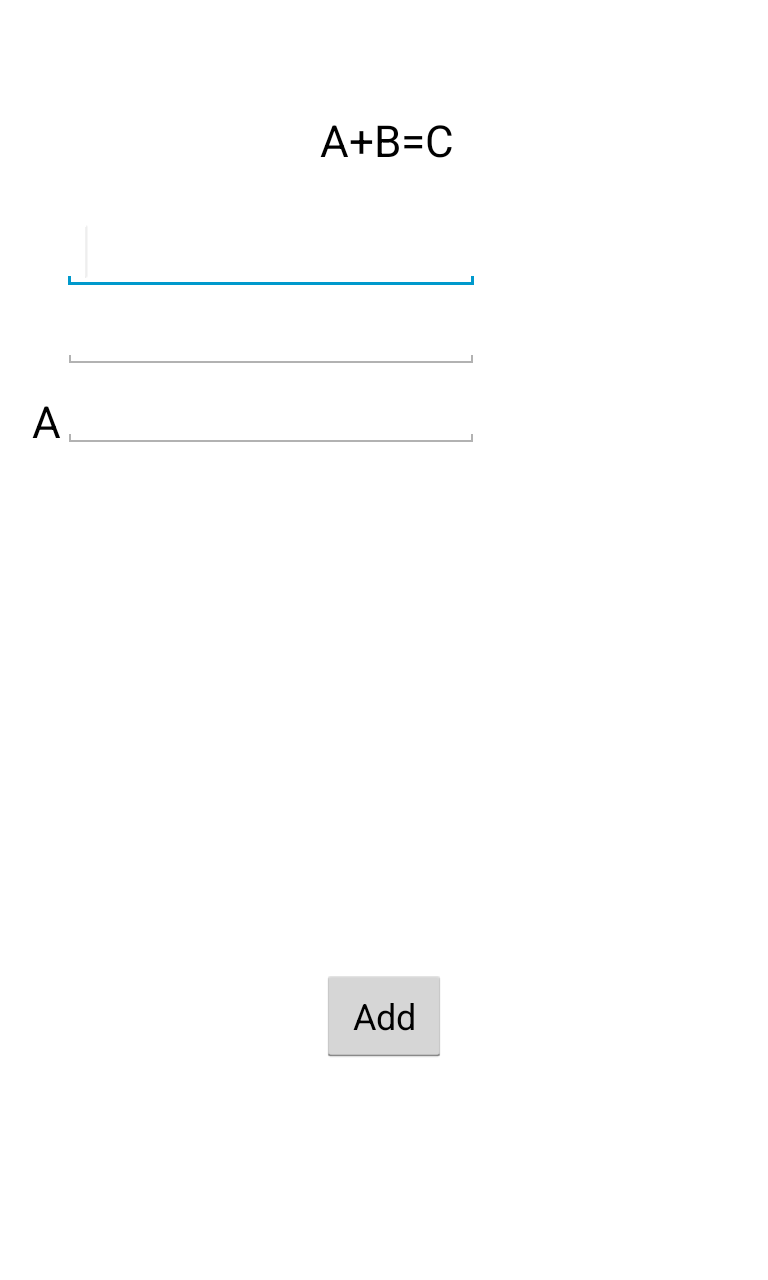
Repository: dtri123/Equation-Station
Layout: TheEquationStation/res/layout/addition_page.xml
The author's editor kept a copy of each file at every save. The layout is drawn from the files as they stood at one save, then again after the next save.
It is drawn on a 768 x 1280 px phone screen (xhdpi) without system bars, with theme AppTheme; the app's code is not run.

Above is the layout before, as saved 2013-07-17 17:58:23.

After the next save:
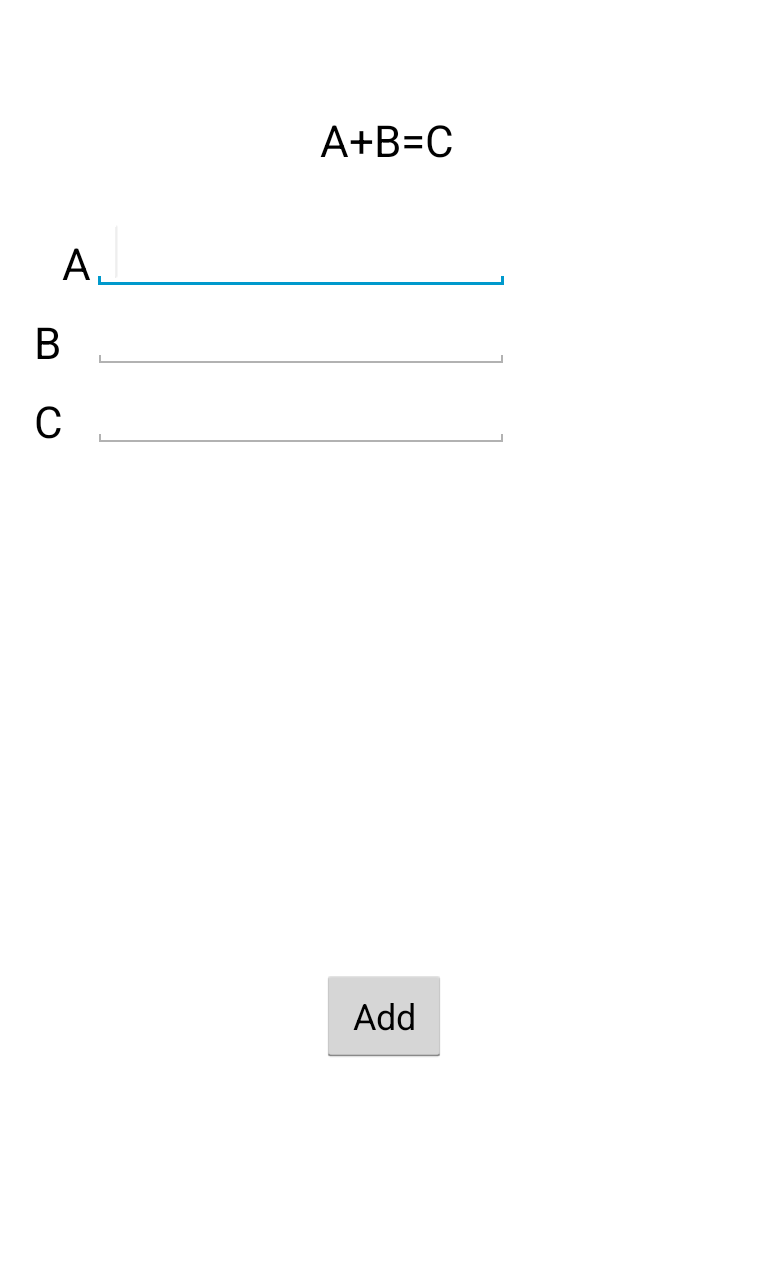
Saved 2 min 44 s later.
--- a/TheEquationStation/res/layout/addition_page.xml
+++ b/TheEquationStation/res/layout/addition_page.xml
@@ -73,7 +73,8 @@
         android:id="@+id/textView3"
         android:layout_width="wrap_content"
         android:layout_height="wrap_content"
-		android:layout_alignBottom="@+id/editText3"
+	    android:layout_above="@+id/editText2"
+	    android:layout_marginLeft="15dp"
         android:text="A"
         android:textAppearance="?android:attr/textAppearanceLarge" />
 
@@ -92,7 +93,7 @@
         android:layout_height="wrap_content"
         android:layout_above="@+id/editText3"
         android:layout_alignRight="@+id/textView3"
-        android:layout_marginRight="16dp"
+        android:layout_marginRight="15dp"
         android:text="B"
         android:textAppearance="?android:attr/textAppearanceLarge" />
 
